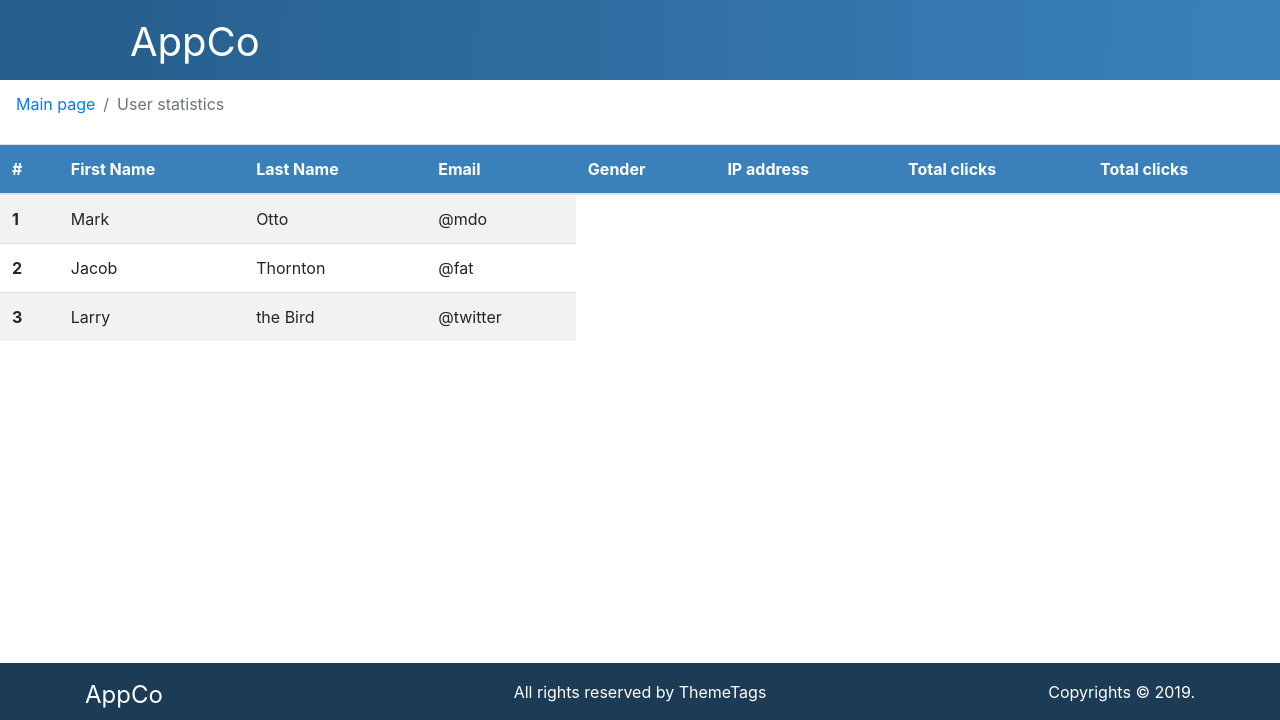
Repository: andbilous/user-statistics-app
Page: /
An editor plug-in stored every save of this project. The page is shown before and after the next save, followed by the edit.
The browser window is 1280 px wide. The pictures show the whole page.
The project was rebuilt for these pictures with package versions that can differ from the ones it lists, and the page was loaded fresh each time. Also part of the build but not shown: src/components/brainstorming/index.js, src/components/reasons/reasons.scss, src/components/reasons/index.js, src/components/footer/footer.scss, src/components/footer/index.js, src/pages/Main.jsx.

Above is the page before, as saved 2020-06-22 10:09:49.

### src/App.js
import React from 'react';
import Main from './pages/Main';
import Stats from './pages/Stats';
import './App.scss';

function App() {
  return (
    <div className="App">
      <Stats/>
    </div>
  );
}

export default App;

### src/pages/Stats.jsx
import React from "react";
import Header from "../components/Header";
import { Table, Breadcrumb, BreadcrumbItem } from "reactstrap";
import PlainFooter from "../components/plain-footer";

const Stats = () => {
  return (
    <>
      <Header />
      <Breadcrumb tag="nav" listTag="div">
        <BreadcrumbItem tag="a" href="#">Main page</BreadcrumbItem>
        <BreadcrumbItem active tag="span">User statistics</BreadcrumbItem>
      </Breadcrumb>
      <section className="table">
        <Table striped>
          <thead>
            <tr>
              <th>#</th>
              <th>First Name</th>
              <th>Last Name</th>
              <th>Email</th>
              <th>Gender</th>
              <th>IP address</th>
              <th>Total clicks</th>
              <th>Total clicks</th>
            </tr>
          </thead>
          <tbody>
            <tr>
              <th scope="row">1</th>
              <td>Mark</td>
              <td>Otto</td>
              <td>@mdo</td>
            </tr>
            <tr>
              <th scope="row">2</th>
              <td>Jacob</td>
              <td>Thornton</td>
              <td>@fat</td>
            </tr>
            <tr>
              <th scope="row">3</th>
              <td>Larry</td>
              <td>the Bird</td>
              <td>@twitter</td>
            </tr>
          </tbody>
        </Table>
      </section>
      <PlainFooter />
    </>
  );
};

export default Stats;

### src/App.scss
body {
  font-family: Montserrat;
  font-style: normal;
  font-weight: normal;
}
img {
  position: relative;
  display: block;
  width: 100%;
}

table {
  thead{
    background: #3A80BA;
    color: #fff;
  }
}

.breadcrumb {
  background-color: #fff !important;
}

### src/components/Header/index.js
import React from 'react';
import './header.scss';
import { Container } from 'reactstrap';


const Header = () => {
    return (
      <header className='header bg-image'>
      <Container>
          <div className='navbar-brand'>
          AppCo
            </div>
      </Container>
      </header>
    )
};

export default Header;

### src/components/plain-footer/index.js
import React from 'react';
import { Container, Row, Col } from 'reactstrap';
import './plain-footer.scss';

const PlainFooter = () => {
    return (
      <footer className='plain-footer'>
        <Container>
          <Row className='justify-content-between'>
          <Col className='col-md' lg='4'>
            <span className='footer-title'>AppCo</span>
          </Col>
          <Col className='col-md text-center' lg='4'>
          <span>All rights reserved by ThemeTags</span>
            </Col>
            <Col className='col-md text-right' lg='4'>
            <span>Copyrights © 2019.</span>
            </Col>
          </Row>
        </Container>
      </footer>
    )
};

export default PlainFooter;

### src/components/Header/header.scss
.header{
  width: 100%;
  height: 80px;
  background: linear-gradient(92.09deg, #255D8B 2.29%, #3A80BA 96.79%);
  .navbar-brand {
    color: #fff;
    font-size: 40px;
    line-height: 49px;
    position: absolute;
    width: 136px;
    height: 49px;
    left: 130px;
    top: 12px;
  }
}

### src/components/brainstorming/brainstorming.scss
.brainstorming {
  background-image: url(/img/bg.png);
  background-repeat: no-repeat;
  background-position: center center;
  background-size: cover;
}
.brainstorming-header {
  font-size: 48px;
  line-height: 59px;
  color: #fff;
  font-style: normal;
  width: 98%;
}
.brainstorming-subheader {
  font-size: 20px;
  line-height: 142%;
  font-weight: normal;
  color: #fff;
  font-style: normal;
  margin-bottom: 32px;
}

.brainstorming-btn {
  width: 154px;
  height: 56px;
  background: #ffffff;
  border-radius: 8px;
  color: #3a80ba;
  font-size: 16px;
  line-height: 142%;
  text-align: center;
  padding: 17px 31px 16px 32px;
}

.mobile {
  width: 321px;
  height: 561px;
  background-image: url(/img/mobile.png);
  background-repeat: no-repeat;
  background-position: center center;
  background-size: cover;
}

.bg-image {
  position: relative;
  width: 100%;
  display: block;
}

### src/components/plain-footer/plain-footer.scss
.plain-footer {
  position: absolute;
  bottom: 0;
  background-color: #1c3b55;
  width: 100%;
  height: 57px;
  color: #fff;
  padding: 17px 17px;
  .span{
    font-size: 16px;
  }
  .footer-title{
    font-size: 24px;
    line-height: 29px;
  }
}

Loaded but not shown: public/index.html (common file); src/index.js (common file); src/serviceWorker.js (common file)

After the next save:
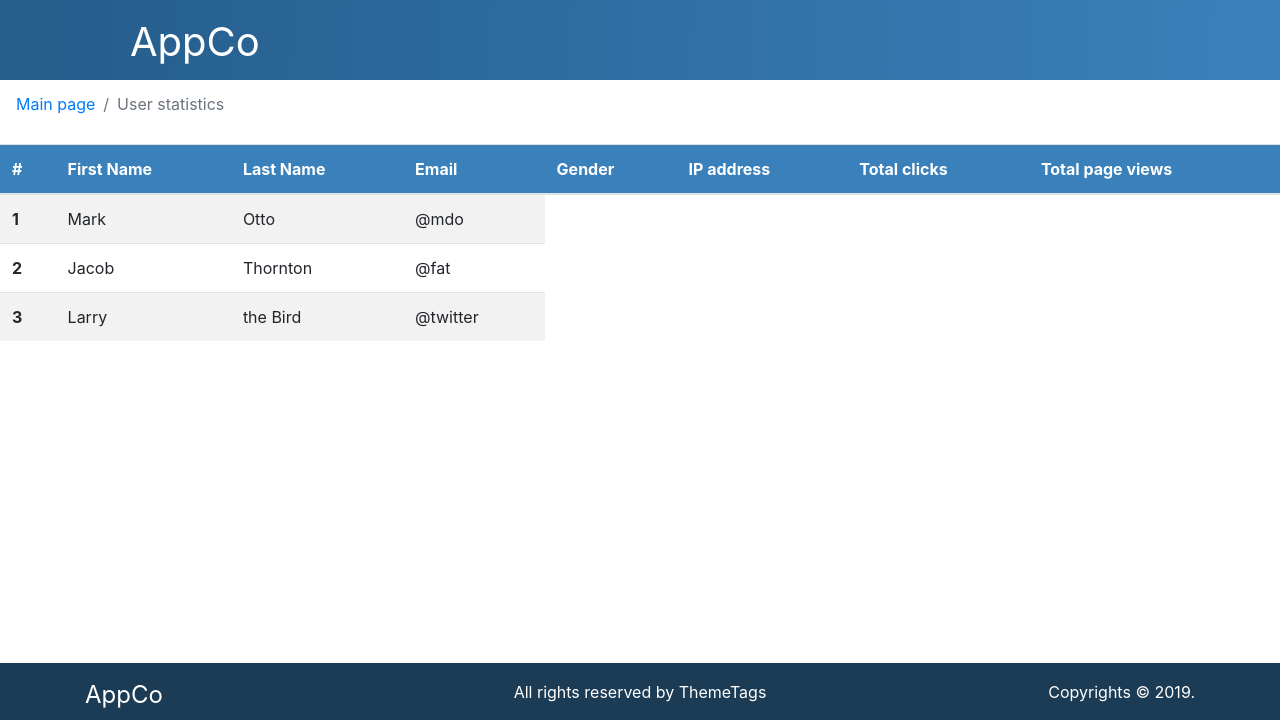
Saved 6 s later.
--- a/src/pages/Stats.jsx
+++ b/src/pages/Stats.jsx
@@ -22,7 +22,7 @@ const Stats = () => {
               <th>Gender</th>
               <th>IP address</th>
               <th>Total clicks</th>
-              <th>Total clicks</th>
+              <th>Total page views</th>
             </tr>
           </thead>
           <tbody>
